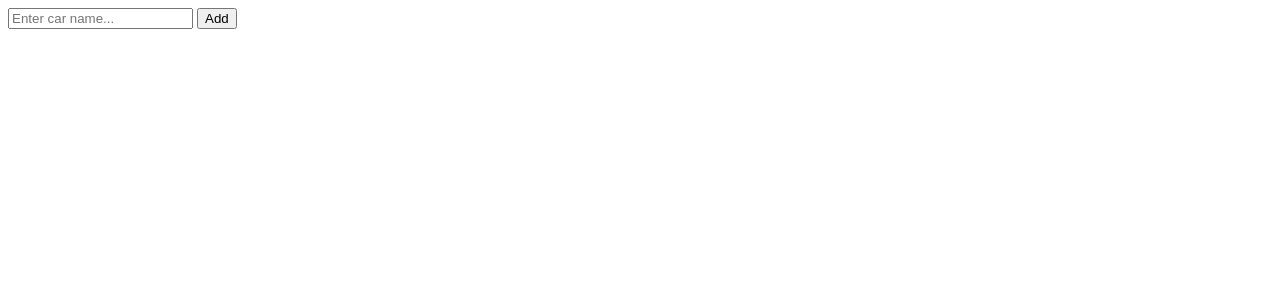
Repository: tannv3201/learn_JS_F8
Page: JS_Nâng cao/bind/index.html
The author's editor kept a copy of each file at every save. The page is drawn from the files as they stood at one save, then again after the next save.
The browser window is 1280 px wide. The pictures show the whole page.

Above is the page before, as saved 2022-08-24 14:47:27.

### JS_Nâng cao/bind/index.html
<!DOCTYPE html>
<html lang="en">

<head>
    <meta charset="UTF-8">
    <meta http-equiv="X-UA-Compatible" content="IE=edge">
    <meta name="viewport" content="width=device-width, initial-scale=1.0">
    <title>bind()</title>
</head>

<body>
    <!-- <button>Click me!</button>

    <h1 id="heading">Hello</h1> -->

    <input type="text" placeholder="Enter car name..." id="input">
    <button id="submit">Add</button>
    <ul id="root"></ul>
    <!-- <script src="./main.js"></script> -->
    <script src="./main2.js"></script>
</body>

</html>

### JS_Nâng cao/bind/main2.js

const $ = document.querySelector.bind(document);
const $$ = document.querySelector.bind(document);

const app = (() => {
    const cars = ['BMW'];
    const root = $('#root');

    return {
        add(car) {
            cars.push(car);
        },
        delete(index) {
            cars.splice(index, 1);
        },
        render() {
            const html = cars.map((car) => `
                <li>${car}</li>
            `).join('');

            root.innerHTML = html;
        }
    }
})();

After the next save:
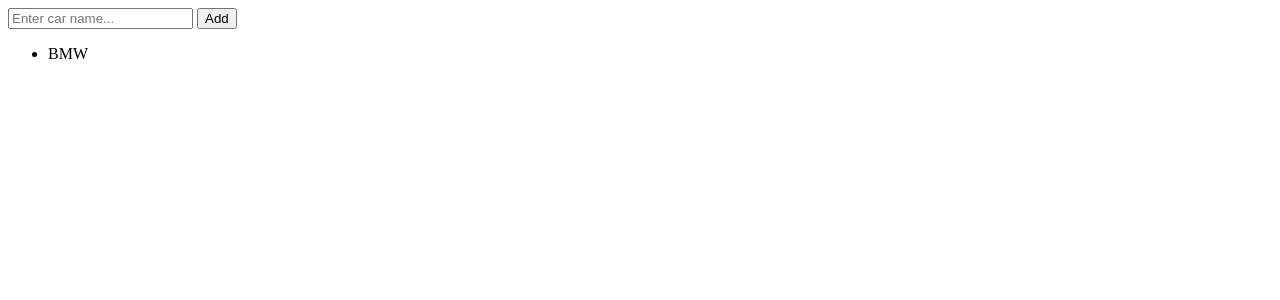
Saved 18 s later.
--- a/JS_Nâng cao/bind/main2.js
+++ b/JS_Nâng cao/bind/main2.js
@@ -22,3 +22,5 @@
         }
     }
 })();
+
+app.render()

After the save that followed:
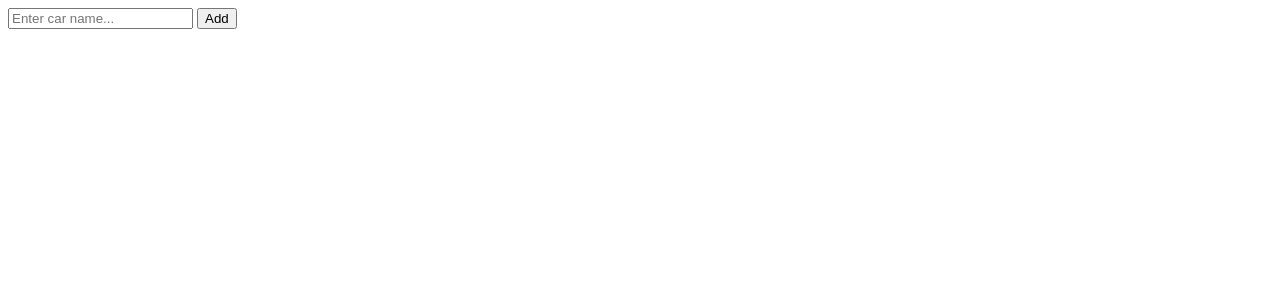
Saved 30 s later.
--- a/JS_Nâng cao/bind/main2.js
+++ b/JS_Nâng cao/bind/main2.js
@@ -19,8 +19,11 @@
             `).join('');
 
             root.innerHTML = html;
+        },
+        init() {
+
         }
     }
 })();
 
-app.render()
+app.init()
